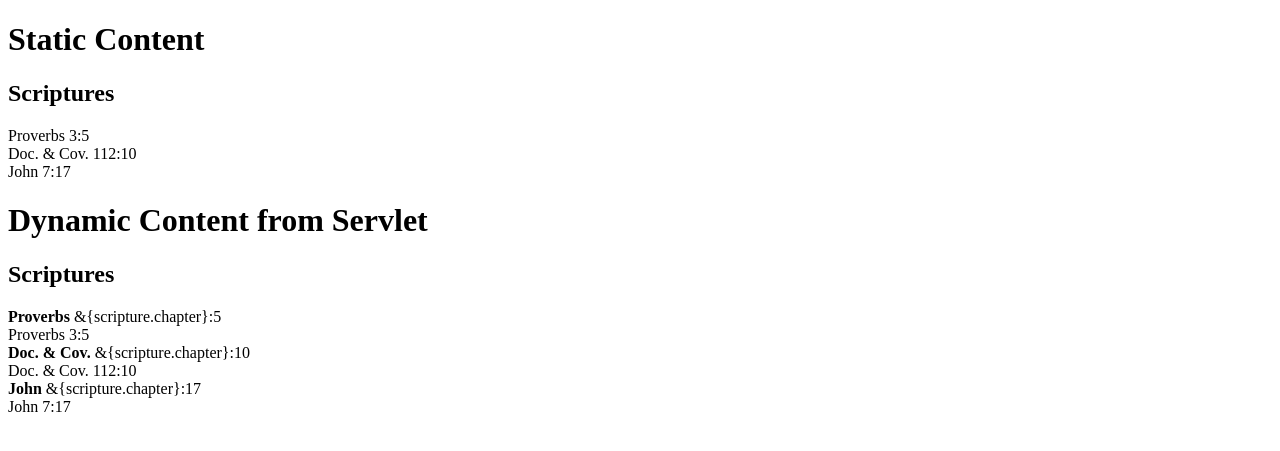
Repository: Bodily-Brad/CS313-Group-Java
Page: http://localhost/8.01/ShowList
An editor plug-in stored every save of this project. The page is shown before and after the next save, followed by the edit.
The browser window is 1280 px wide. The pictures show the whole page.
The page is served by Tomcat 9.

Above is the page before, as saved 2014-11-10 20:44:56.

After the next save:
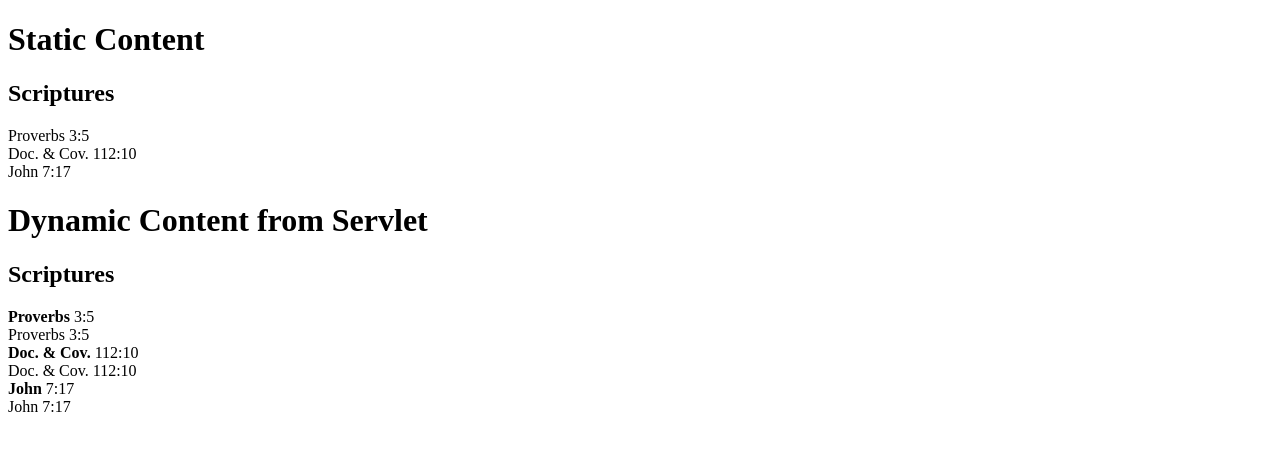
Saved 20 s later.
--- a/8.01/WebContent/scriptureList.jsp
+++ b/8.01/WebContent/scriptureList.jsp
@@ -20,7 +20,7 @@
 		<h1>Dynamic Content from Servlet</h1>
 		<h2>Scriptures</h2>
 		<c:forEach var="scripture" items="${scriptures}">
-			<strong>${scripture.book}</strong> &{scripture.chapter}:${scripture.verse}<br>
+			<strong>${scripture.book}</strong> ${scripture.chapter}:${scripture.verse}<br>
 			${scripture}<br>
 		</c:forEach>
 	</div>
